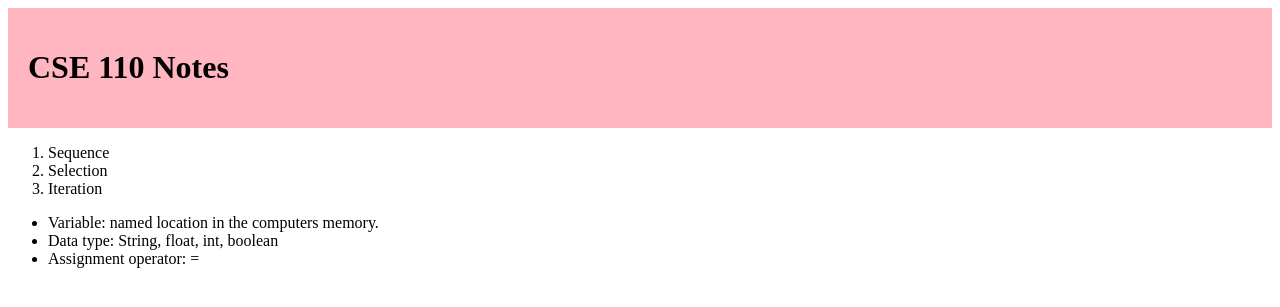
Repository: harleywolfley/wdd130
Page: spring25/cse110/cseindex.html
The author's editor kept a copy of each file at every save. The page is drawn from the files as they stood at one save, then again after the next save.
The browser window is 1280 px wide. The pictures show the whole page.

Above is the page before, as saved 2025-04-29 16:38:32.

### spring25/cse110/cseindex.html
<!DOCTYPE html>
<html>
    <head>
        <link rel="stylesheet" href="csestyle.css">
    </head>
    <body>
        <header>
            <h1>CSE 110 Notes</h1>
        </header>
        <ol>
            <li>Sequence</li>
            <li>Selection</li>
            <li>Iteration</li>
        </ol>
        <ul>
        <li>Variable: named location in the computers memory.</li>
        <li>Data type: String, float, int, boolean</li>
        <li>Assignment operator: =</li>
        </ul>
    </body>
</html>

### spring25/cse110/csestyle.css
header {
    background-color: lightpink;
    padding: 20px 20px;
}

After the next save:
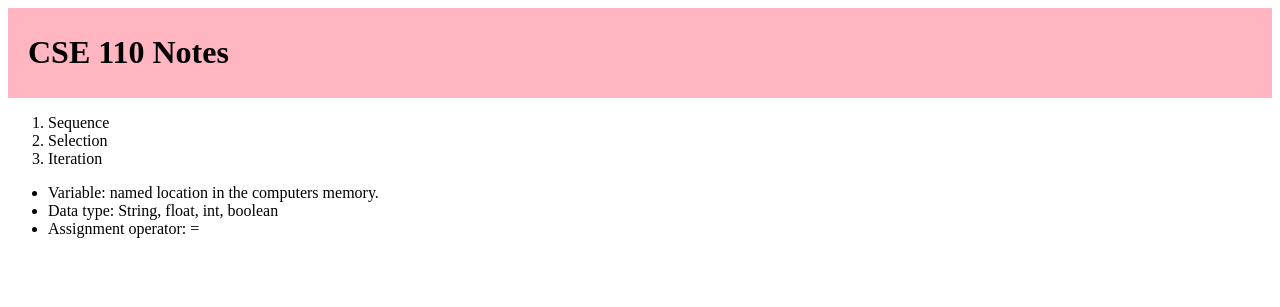
Saved 22 s later.
--- a/spring25/cse110/csestyle.css
+++ b/spring25/cse110/csestyle.css
@@ -1,4 +1,4 @@
 header {
     background-color: lightpink;
-    padding: 20px 20px;
+    padding: 5px 20px;
 }
